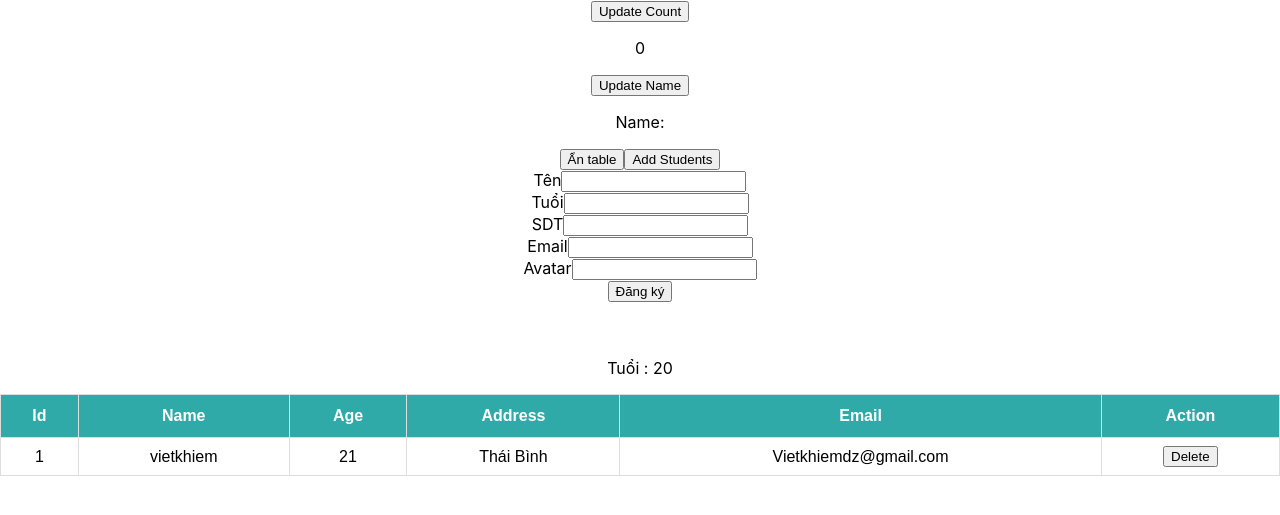
Repository: vietkhiem/TypeScript
Page: /
An editor plug-in stored every save of this project. The page is shown before and after the next save, followed by the edit.
The browser window is 1280 px wide. The pictures show the whole page.
The project was rebuilt for these pictures with package versions that can differ from the ones it lists, and the page was loaded fresh each time.

Above is the page before, as saved 2022-03-18 20:20:39.

### src/App.tsx
import React, {useState} from 'react';
import './App.css';
import Login from './pages/login';
import TableCustom from './pages/table';

type Student = {
  name: string,
  age: number,
  address: string,
  phone: number
}

function App() {
  const [count, setCount] = useState<number>(0);
  const [name, setName] = useState<string>('');
  //state trang thai hien thi bang
  const [isShowTable, setShowTable] = useState<boolean>(true);
  const studentsData = [
    {
      name: 'vietkhiem',
      age: 21,
      address: 'Thái Bình',
      email: 'Vietkhiemdz@gmail.com',
      action: 'Delete'
    }
  ]
  return (
    <div className="App">
      <button onClick={() => setCount(count+1)}>Update Count</button>
        <p>{count}</p>

      <button onClick={() => setName('viet khiem')}>Update Name</button>
        <p>Name: {name}</p>

        <button onClick={() => setShowTable(!isShowTable)}>
        {isShowTable === true ? 'Ẩn' : 'Hiện'}  table</button>

        <button>Add Students</button>
      {/* thêm view login vào trong App.tsx */}
        <Login />
        {/* thêm components table vào app */}
        {
          isShowTable === true
        ? <TableCustom rows={studentsData} />
        :null
        }

    </div>
  );
}

export default App;

### src/App.css
.App {
  text-align: center;
}

.App-link {
  color: #61dafb;
}

@keyframes App-logo-spin {
  from {
    transform: rotate(0deg);
  }
  to {
    transform: rotate(360deg);
  }
}
.customers {
  font-family: Arial, Helvetica, sans-serif;
  border-collapse: collapse;
  width: 100%;
}

.customers td, .customers th {
  border: 1px solid #ddd;
  padding: 8px;
}

.customers tr:nth-child(even){background-color: #f2f2f2;}

.customers tr:hover {background-color: #ddd;}

.customers th {
  padding-top: 12px;
  padding-bottom: 12px;
  text-align: center;
  background-color: rgb(48, 169, 169);
  color: white;
}

### src/pages/login/index.tsx
import React, {useState} from 'react'
import Table from '../table';

const Student = () => {
  type studenType = {
    name: string
    age: number
    phone: string
    email: string
    avatar: string
  }
  const [data, setData] = useState<studenType[]>([
    {
      name: 'Nguyễn Văn Linh',
      age: 21,
      phone: '0369053052',
      email: 'linhnvph13162@fpt.edu.vn',
      avatar: 'https://picsum.photos/50/50',
    },
    {
      name: 'Nguyễn Đức Hải',
      age: 22,
      phone: '0968856903',
      email: 'haindph13158@fpt.edu.vn',
      avatar: 'https://picsum.photos/50/50',
    },
    {
      name: 'Trương Mạnh Dũng',
      age: 22,
      phone: '098888888',
      email: 'dungtmph12934@fpt.edu.vn',
      avatar: 'https://picsum.photos/50/50',
    },
  ])
  const removeProduct = (id: number) => {
    console.log(id)
  }
  type info = {
    age: number
  }
  const showAge = (props: info): number => {
    return props.age
  }
  const [isShowTable, SetShowTable] = useState<boolean>(true)
  const [namevalue, setname] = useState<string>('')
  const [agevalue, setage] = useState<string>('')
  const [phonevalue, setphone] = useState<string>('')
  const [emailvalue, setemail] = useState<string>('')
  const [avatarvalue, setavatar] = useState<string>('')
  const onSubmit = (): any => {
    const datanew: any = {
      name: namevalue,
      age: +agevalue,
      phone: phonevalue,
      email: emailvalue,
      avatar: avatarvalue,
    }
    console.log(datanew);

    setData([...data,datanew])
  }
  return (
    <>
      <div className="w-[1200px] mx-auto">
        <form action="">
          <div>
            <label htmlFor="">Tên</label>
            <input
              onChange={(e) => setname(e.target.value)}
              className="border border-2 border-black"
              type="text"
            />
          </div>
          <div className="mt-4">
            <label htmlFor="">Tuổi</label>
            <input
              onChange={(e) => setage(e.target.value)}
              className="border border-2 border-black"
              type="number"
            />
          </div>
          <div className="mt-4">
            <label htmlFor="">SDT</label>
            <input
              onChange={(e) => setphone(e.target.value)}
              className="border border-2 border-black"
              type="text"
            />
          </div>
          <div className="mt-4">
            <label htmlFor="">Email</label>
            <input
              onChange={(e) => setemail(e.target.value)}
              className="border border-2 border-black"
              type="email"
            />
          </div>
          <div className="mt-4">
            <label htmlFor="">Avatar</label>
            <input
              onChange={(e) => setavatar(e.target.value)}
              className="border border-2 border-black"
              type="text"
            />
          </div>
          <button
            onClick={(e) => {
              onSubmit()
              e.preventDefault()
            }}
            className="mt-4  border-2 border-black"
          >
            Đăng ký
          </button>
        </form>
        <br />
        {/* <button
          onClick={() => {
            SetShowTable(!isShowTable)
          }}
          className="btn-delete text-red-600 font-semibold border border-2 border-black"
        >
          {isShowTable === true ? 'Ẩn' : 'Hiện'} Bảng
        </button> */}
        <br />
        <p>Tuổi : {showAge({ age: 20 })}</p>
      </div>
    </>
  )
}

export default Student;

### src/pages/table/index.tsx
import React from "react";

type row = {
  name: string,
  age: number,
  address: string,
  email: string,
  action: string
}
type TableProps = {
  rows: row[]
}
function Table({rows} : TableProps) {
    return (
      <>
        <table className="customers">
          <thead>
              <tr>
                <th>Id</th>
                <th>Name</th>
                <th>Age</th>
                <th>Address</th>
                <th>Email</th>
                <th>Action</th>
              </tr>
          </thead>
          <tbody>
              {
                rows.map((row, index) => (
                  <tr key={index}>
                    <td>{index +1}</td>
                    <td>{row.name}</td>
                    <td>{row.age}</td>
                    <td>{row.address}</td>
                    <td>{row.email}</td>
                    <td>
                      <button>{row.action}</button>
                    </td>
                  </tr>
                ))
              }
          </tbody>
        </table>
      </>
    );
}
export default Table;

Loaded but not shown: public/index.html (common file); src/index.tsx (common file); src/index.css (common file); src/reportWebVitals.ts (common file)

After the next save:
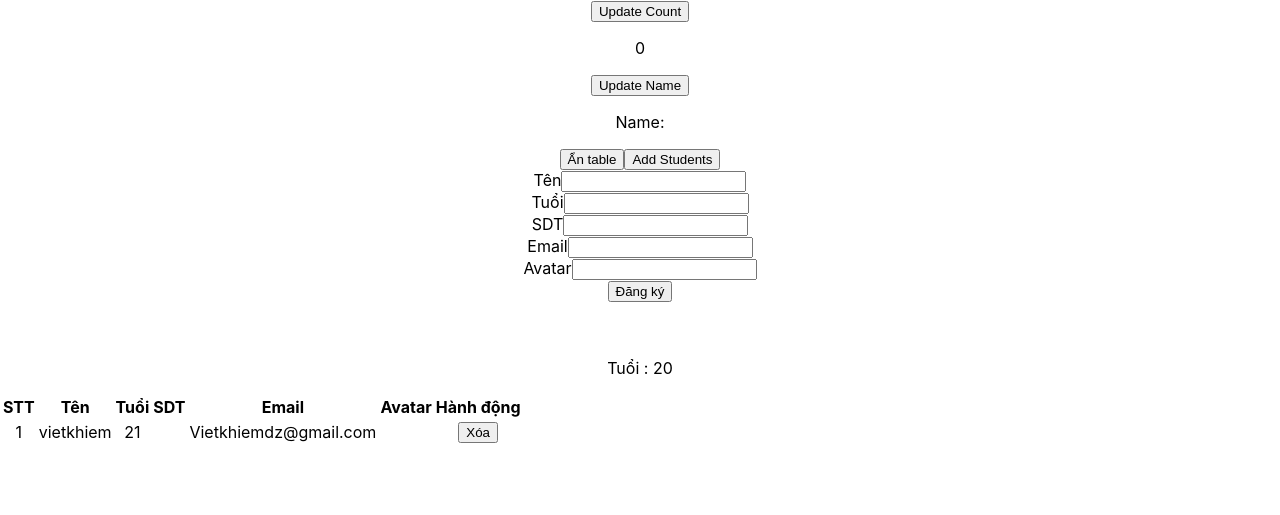
Saved 70 s later.
--- a/src/pages/table/index.tsx
+++ b/src/pages/table/index.tsx
@@ -1,47 +1,51 @@
-import React from "react";
+import React from 'react'
+type rowType = {
+  name: string
+  age: number
+  phone: string
+  email: string
+  avatar: string
+}
+type typeshow = {
+  rows: rowType[],
+}
+const Table = (props: typeshow) => {
+  return (
+    <table>
+      <thead>
+        <tr>
+          <th>STT</th>
+          <th>Tên</th>
+          <th>Tuổi</th>
+          <th>SDT</th>
+          <th>Email</th>
+          <th>Avatar</th>
+          <th>Hành động</th>
+        </tr>
+      </thead>
+      <tbody>
+        {props.rows.map((item, index) => (
+          <tr key={index}>
+            <td style={{ verticalAlign: 'middle' }}>{index + 1}</td>
+            <td style={{ verticalAlign: 'middle' }}>{item.name}</td>
+            <td style={{ verticalAlign: 'middle' }}>{item.age}</td>
+            <td style={{ verticalAlign: 'middle' }}>{item.phone}</td>
+            <td style={{ verticalAlign: 'middle' }}>{item.email}</td>
+            <td style={{ verticalAlign: 'middle' }}>
+              <img src={item.avatar} alt="" />
+            </td>
+            <td>
+              <button
+                className="btn btn-danger"
+              >
+                Xóa
+              </button>
+            </td>
+          </tr>
+        ))}
+      </tbody>
+    </table>
+  )
+}
 
-type row = {
-  name: string,
-  age: number,
-  address: string,
-  email: string,
-  action: string
-}
-type TableProps = {
-  rows: row[]
-}
-function Table({rows} : TableProps) {
-    return (
-      <>
-        <table className="customers">
-          <thead>
-              <tr>
-                <th>Id</th>
-                <th>Name</th>
-                <th>Age</th>
-                <th>Address</th>
-                <th>Email</th>
-                <th>Action</th>
-              </tr>
-          </thead>
-          <tbody>
-              {
-                rows.map((row, index) => (
-                  <tr key={index}>
-                    <td>{index +1}</td>
-                    <td>{row.name}</td>
-                    <td>{row.age}</td>
-                    <td>{row.address}</td>
-                    <td>{row.email}</td>
-                    <td>
-                      <button>{row.action}</button>
-                    </td>
-                  </tr>
-                ))
-              }
-          </tbody>
-        </table>
-      </>
-    );
-}
-export default Table;
+export default Table
